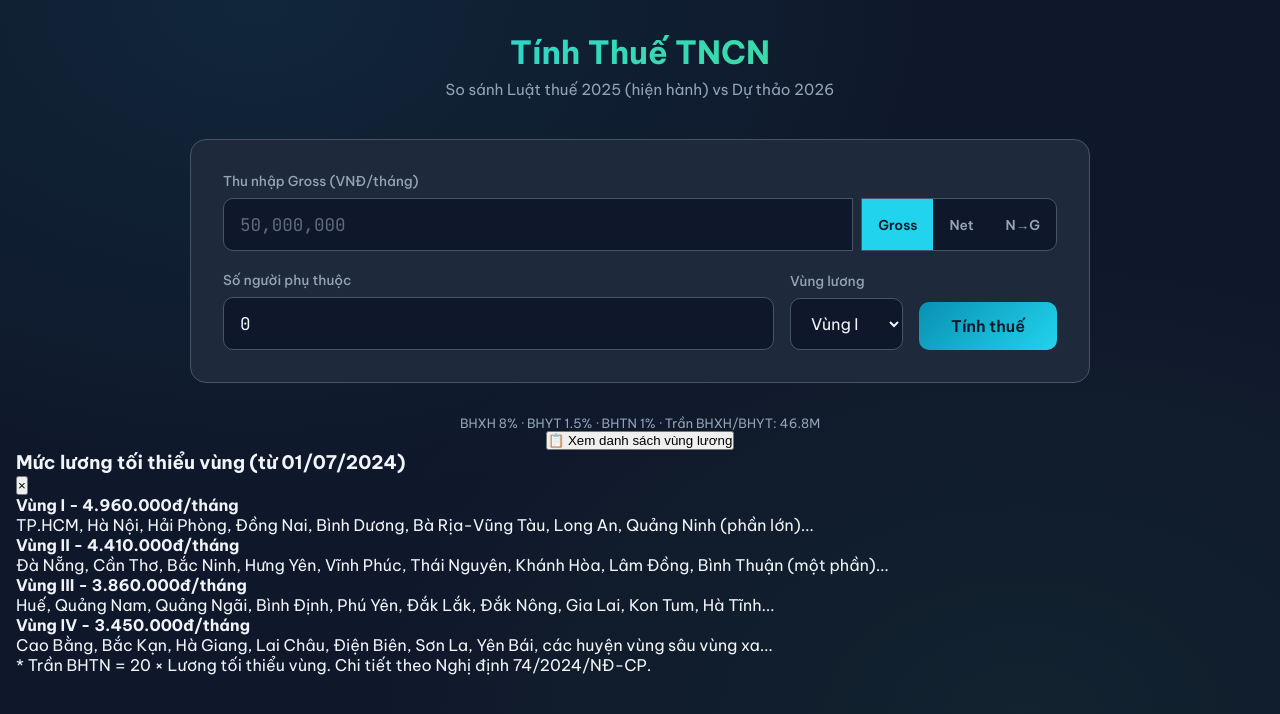
Repository: ph4n4n/vietnam-PIT
Page: index.html
These files come from the project's save history. The page is drawn as it stood at one moment and after the next save; the edit follows.
The browser window is 1280 px wide. The pictures show the whole page.

Above is the page before, as saved 2025-12-10 12:12:10.
Console error: TypeError: Cannot read properties of null (reading 'appendChild')

After the next save:
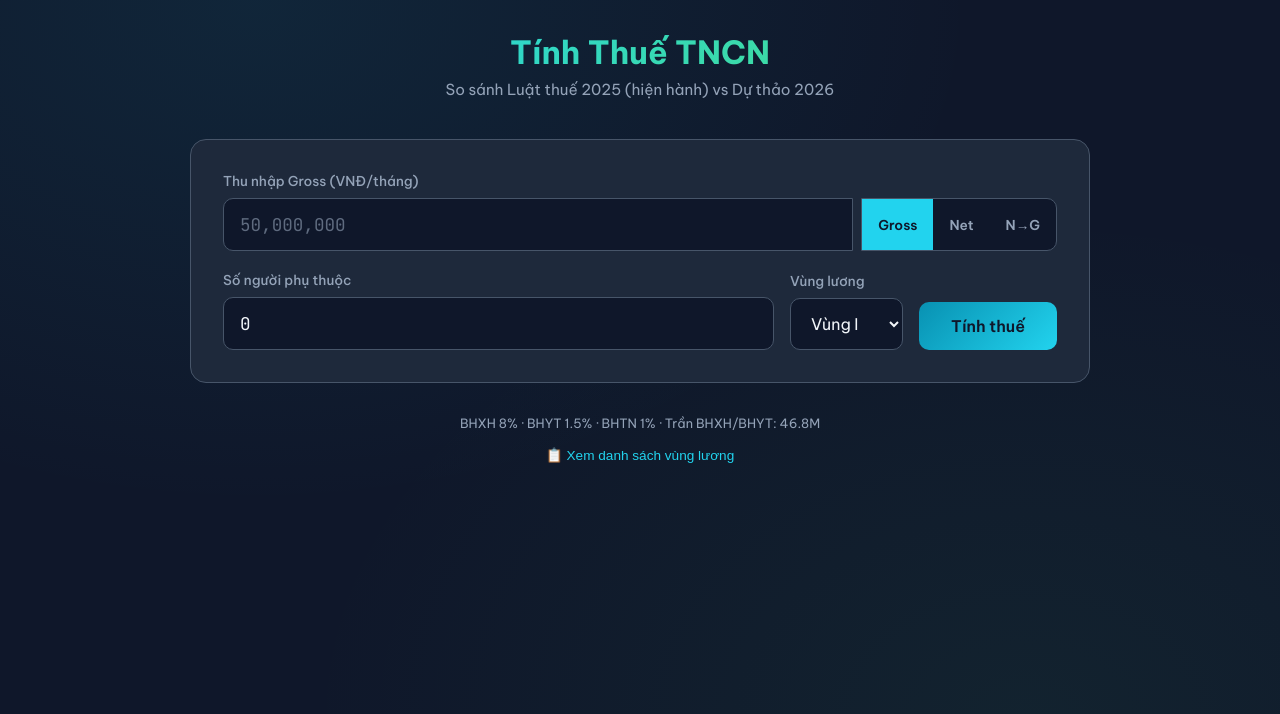
Saved 14 s later.
--- a/style.css
+++ b/style.css
@@ -349,3 +349,123 @@ footer a {
   color: var(--accent);
   text-decoration: none;
 }
+
+.btn-link {
+  background: none;
+  border: none;
+  color: var(--accent);
+  cursor: pointer;
+  font-size: 0.85rem;
+  padding: 0.5rem;
+  margin-top: 0.5rem;
+  transition: opacity 0.2s;
+}
+
+.btn-link:hover {
+  opacity: 0.8;
+  text-decoration: underline;
+}
+
+/* Modal */
+.modal {
+  display: none;
+  position: fixed;
+  top: 0;
+  left: 0;
+  width: 100%;
+  height: 100%;
+  background: rgba(0, 0, 0, 0.7);
+  z-index: 1000;
+  align-items: center;
+  justify-content: center;
+  padding: 1rem;
+}
+
+.modal.show {
+  display: flex;
+}
+
+.modal-content {
+  background: var(--bg-secondary);
+  border: 1px solid var(--border);
+  border-radius: 16px;
+  max-width: 600px;
+  width: 100%;
+  max-height: 80vh;
+  overflow: hidden;
+  animation: modalIn 0.3s ease;
+}
+
+@keyframes modalIn {
+  from { opacity: 0; transform: scale(0.95); }
+  to { opacity: 1; transform: scale(1); }
+}
+
+.modal-header {
+  display: flex;
+  justify-content: space-between;
+  align-items: center;
+  padding: 1.25rem 1.5rem;
+  background: var(--bg-card);
+  border-bottom: 1px solid var(--border);
+}
+
+.modal-header h3 {
+  font-size: 1rem;
+  font-weight: 600;
+  color: var(--text-primary);
+}
+
+.modal-close {
+  background: none;
+  border: none;
+  color: var(--text-secondary);
+  font-size: 1.5rem;
+  cursor: pointer;
+  padding: 0;
+  line-height: 1;
+}
+
+.modal-close:hover {
+  color: var(--text-primary);
+}
+
+.modal-body {
+  padding: 1.5rem;
+  overflow-y: auto;
+  max-height: calc(80vh - 60px);
+}
+
+.region-info {
+  display: flex;
+  flex-direction: column;
+  gap: 1rem;
+}
+
+.region-card {
+  background: var(--bg-primary);
+  border: 1px solid var(--border);
+  border-radius: 10px;
+  padding: 1rem;
+}
+
+.region-card h4 {
+  color: var(--accent);
+  font-size: 0.95rem;
+  margin-bottom: 0.5rem;
+}
+
+.region-card p {
+  color: var(--text-secondary);
+  font-size: 0.85rem;
+  line-height: 1.5;
+}
+
+.modal-body .note {
+  margin-top: 1rem;
+  padding-top: 1rem;
+  border-top: 1px solid var(--border);
+  color: var(--text-secondary);
+  font-size: 0.8rem;
+  font-style: italic;
+}
